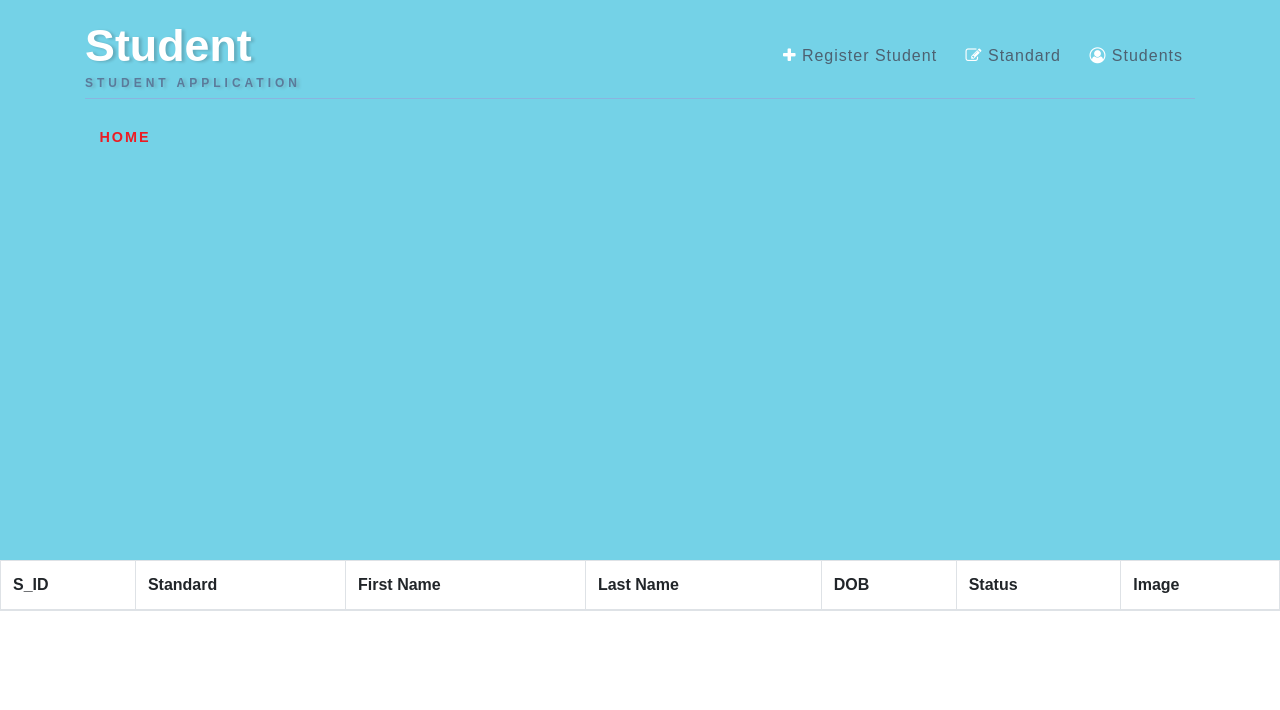
Repository: PallaviMadiya/Java-Framework-
Page: http://localhost/StudentApplication/student.jsp
These files come from the project's save history. The page is drawn as it stood at one moment and after the next save; the edit follows.
The browser window is 1280 px wide. The pictures show the whole page.
Some web fonts or font styles are not loaded; a fallback is used. The page is served by Tomcat 9. Queries for data that is not in the repository find no rows.

Above is the page before, as saved 2023-10-18 09:03:33.

After the next save:
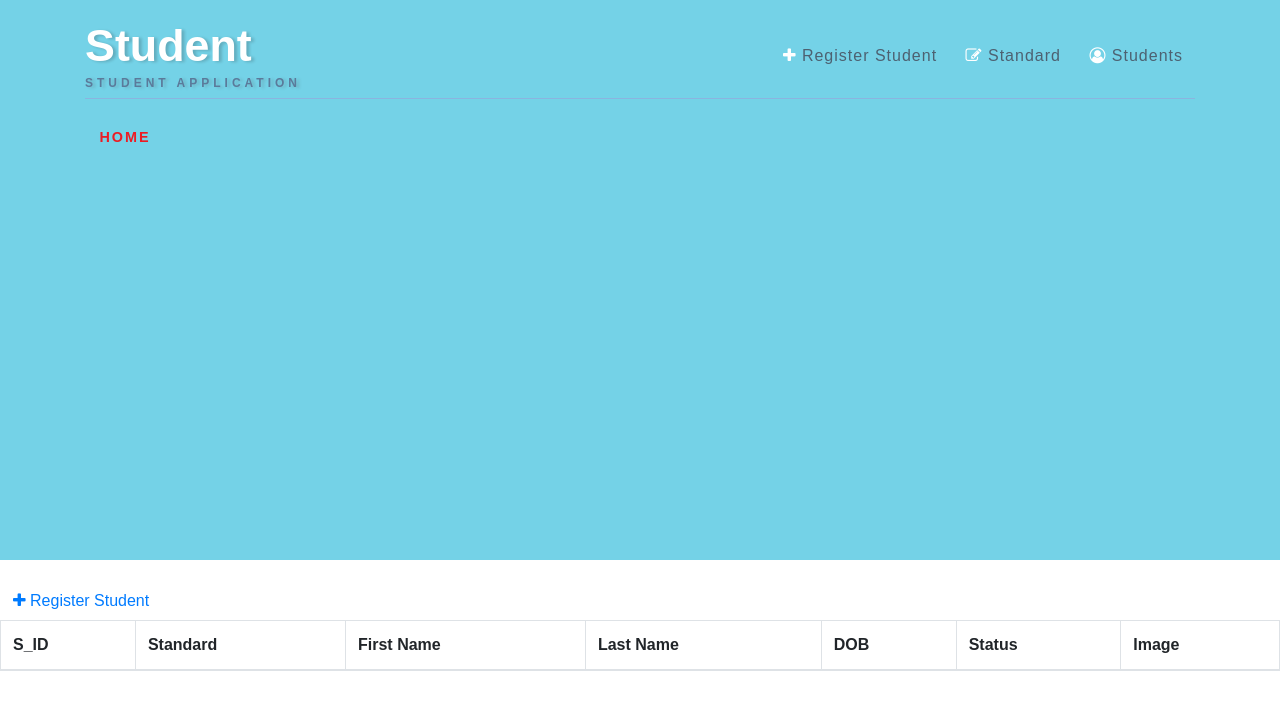
Saved 105 s later.
--- a/StudentApplication/src/main/webapp/student.jsp
+++ b/StudentApplication/src/main/webapp/student.jsp
@@ -13,6 +13,10 @@
 <body>
 <%@include file="header.jsp" %>
 <!--/banner-->
+
+<div class="forms ml-auto">
+                        <a href="register.jsp" class="btn"><span class="fa fa-plus"></span> Register Student</a>
+                        </div>
 	<%List<Student> list = StudentDao.getStudentList(); %>
 
 	<table class="table table-bordered">
